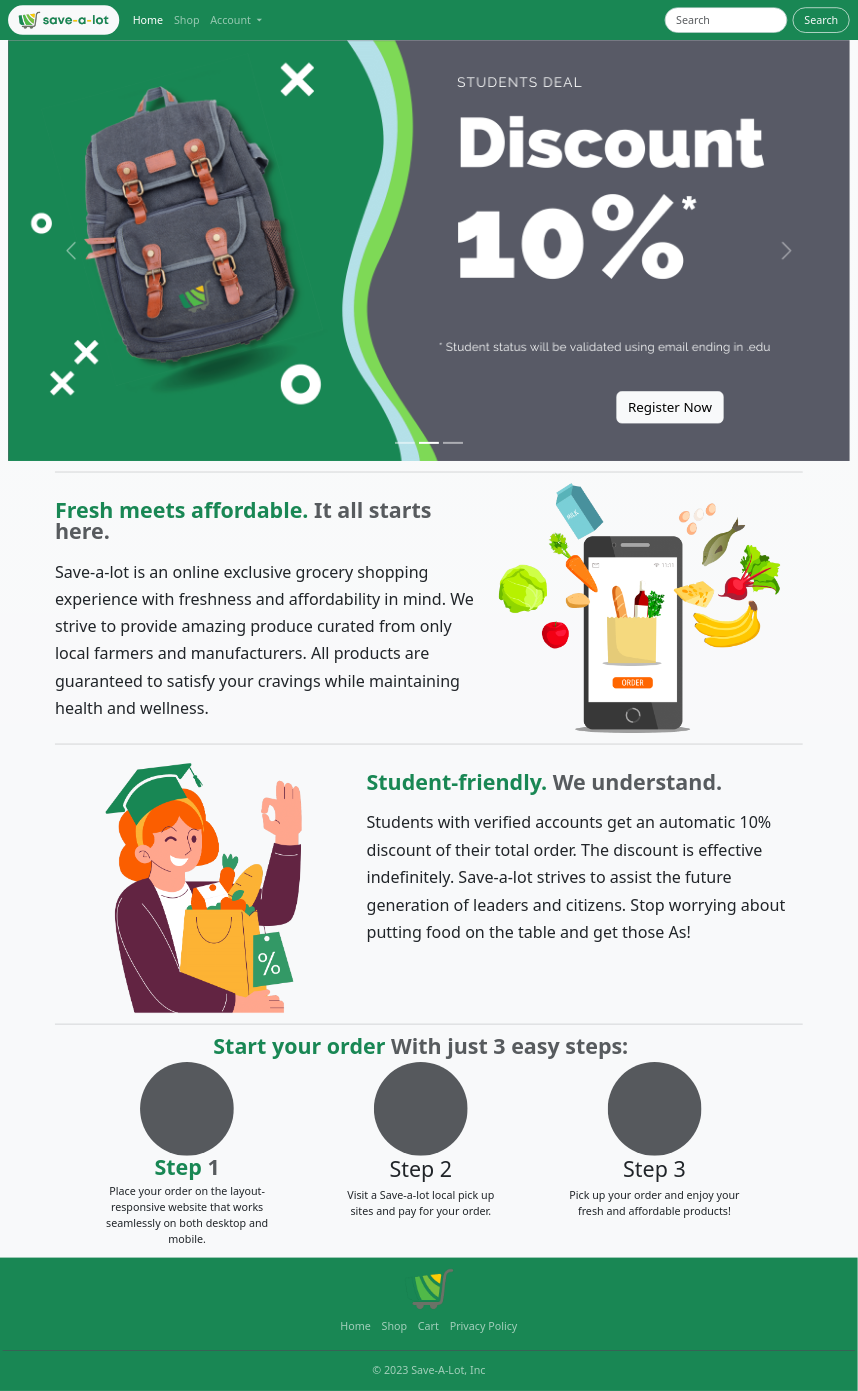
Repository: bill071194/savealot
Page: http://localhost/index
The author's editor kept a record of every edit. The page is drawn from the files as they stood at one moment, then again after the next edit.
The browser window is 1280 px wide. The pictures show the whole page, at 67% of full size.
The page is served by the project's Laravel application, run on PHP 8.4 with Laravel 10. The database holds what the project's SQL file puts in it.

Above is the page before.

After the next edit:
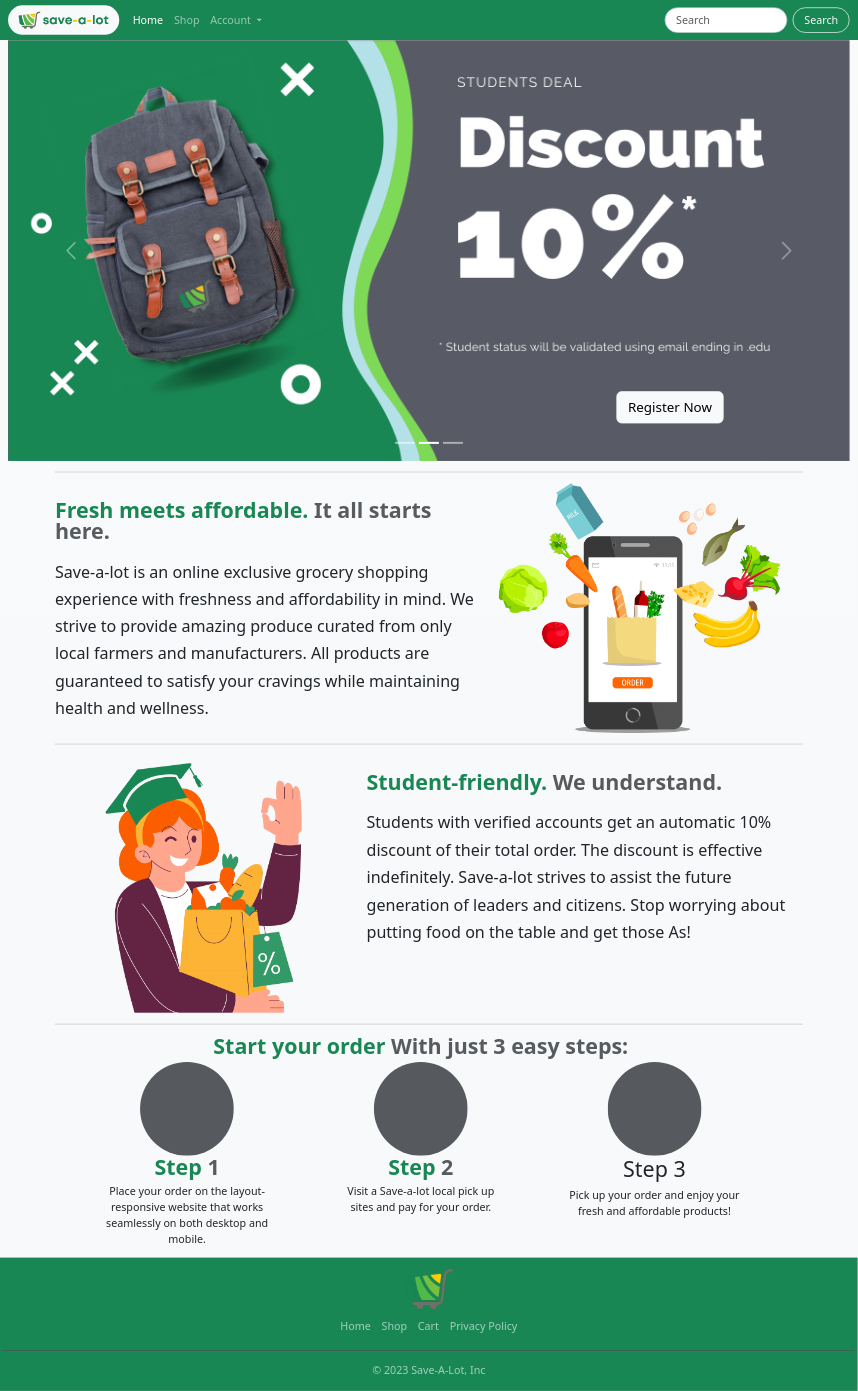
The edit:
--- a/savealot/resources/views/index.blade.php
+++ b/savealot/resources/views/index.blade.php
@@ -90,7 +90,7 @@
       </div><!-- /.col-lg-4 -->
       <div class="col-lg-3 text-center">
         <svg class="bd-placeholder-img rounded-circle" width="140" height="140" xmlns="http://www.w3.org/2000/svg" role="img" aria-label="Placeholder" preserveAspectRatio="xMidYMid slice" focusable="false"><title>Placeholder</title><rect width="100%" height="100%" fill="var(--bs-secondary-color)"></rect></svg>
-        <h2 class="fw-normal">Step 2</h2>
+        <h2 class="featurette-heading fw-bold lh-1 text-success text-center">Step <span class="text-body-secondary">2</span></h2>
         <p>Visit a Save-a-lot local pick up sites and pay for your order.</p>
       </div><!-- /.col-lg-4 -->
       <div class="col-lg-3 text-center">
